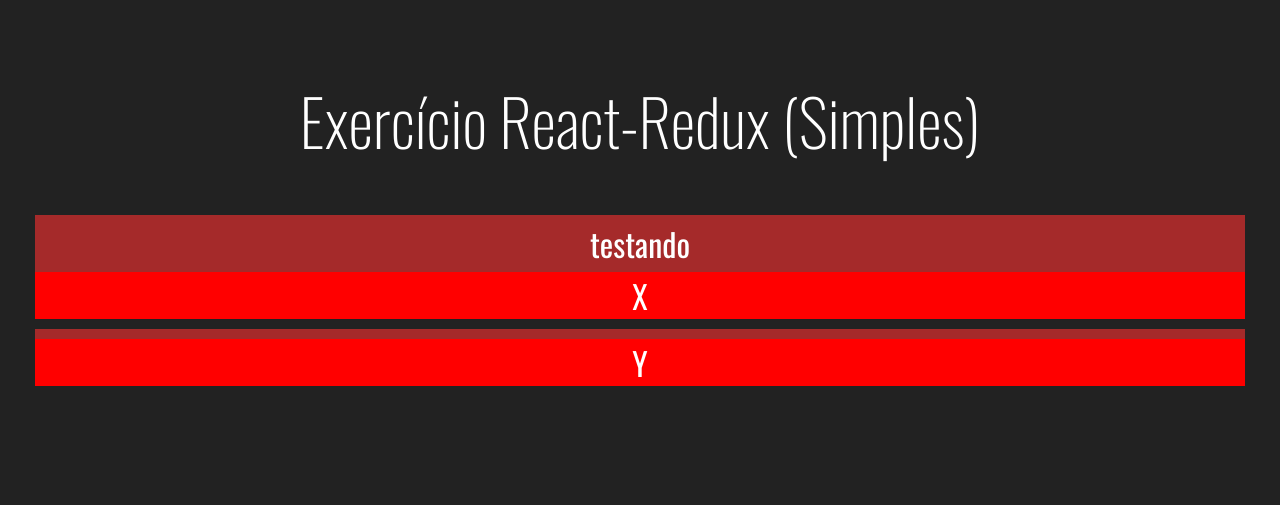
Repository: WellysonP/testando-react-redux
Page: /
These files come from the project's save history. The page is drawn as it stood at one moment and after the next save; the edit follows.
The browser window is 1280 px wide. The pictures show the whole page.
The project was rebuilt for these pictures with package versions that can differ from the ones it lists, and the page was loaded fresh each time.

Above is the page before, as saved 2023-01-12 16:36:44.

After the next save:
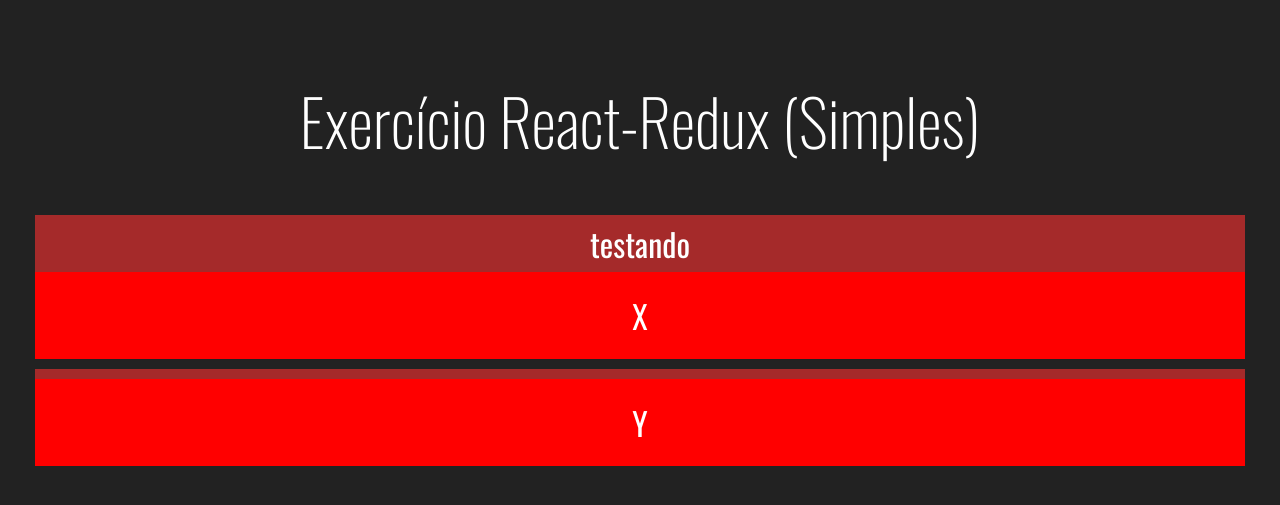
Saved 18 s later.
--- a/src/components/Card.css
+++ b/src/components/Card.css
@@ -17,3 +17,7 @@
     padding: 5px;
     background-color: brown;
 }
+
+.Card .Content{
+    padding: 20px;
+}
